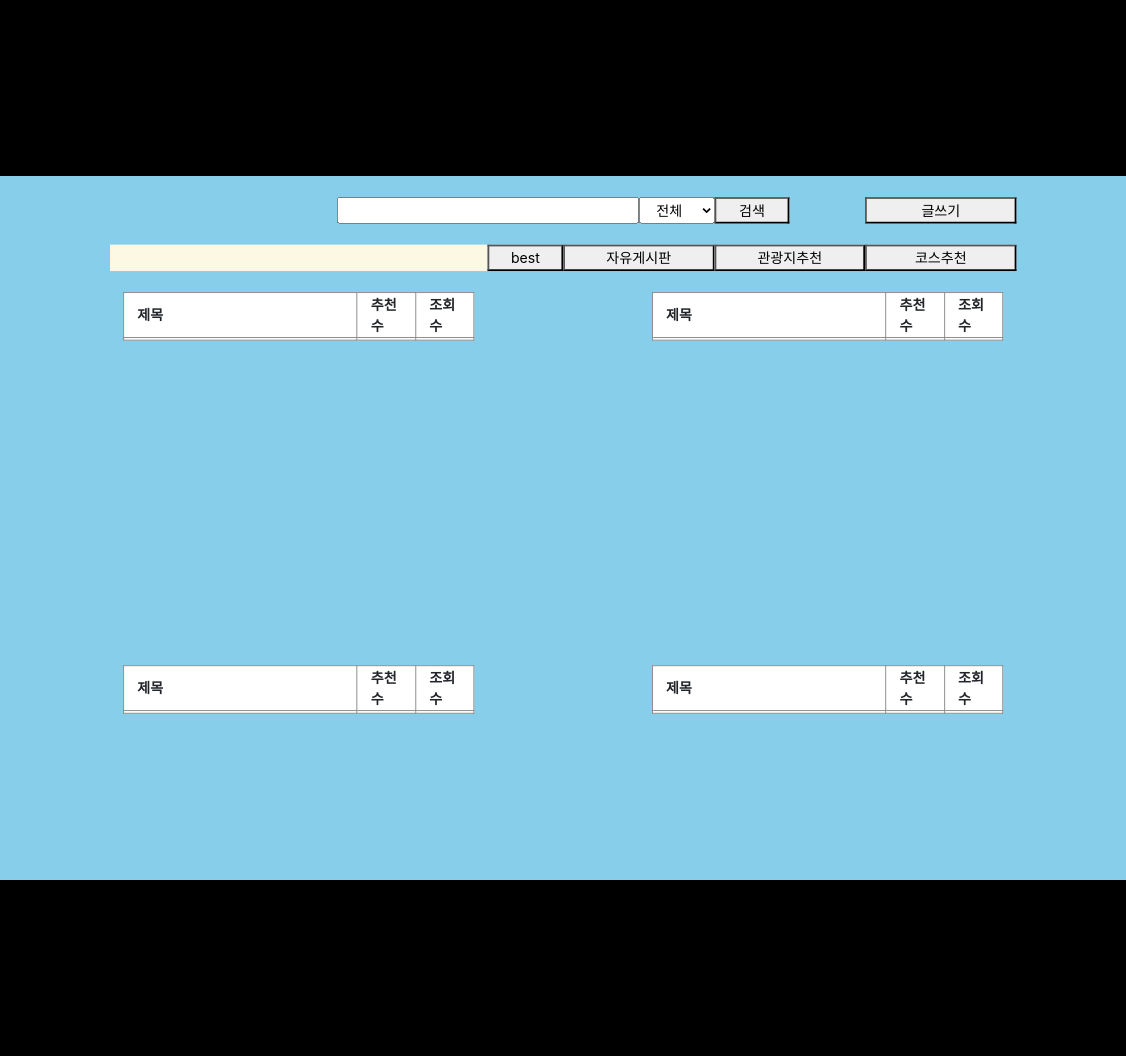
Repository: HJCroCat/project4
Page: http://localhost/koravle/getBoardMain.jsp
These files come from the project's save history. The page is drawn as it stood at one moment and after the next save; the edit follows.
The browser window is 1280 px wide. The pictures show the whole page, at 88% of full size.
An inner scrolling area shows only its first screen. The page is served by Tomcat 9. Nobody is signed in. The application's start-up code is not run. Other server files are loaded and not shown. The template is opened directly, without the code that normally fills it, so the values that code supplies are empty.

Above is the page before, as saved 2021-12-15 07:30:01.

### koravle/koravle/src/main/webapp/getBoardMain.jsp
<%@ page language="java" contentType="text/html; charset=UTF-8"
	pageEncoding="UTF-8"%>
<%@ taglib uri="http://java.sun.com/jstl/core_rt" prefix="c"%>

<!DOCTYPE html>
<html>
<head>
<!-- Required meta tags -->
<meta charset="utf-8">
<meta name="viewport"
	content="width=device-width, initial-scale=1, shrink-to-fit=no">

<!-- Bootstrap CSS -->
<link rel="stylesheet"
	href="https://cdn.jsdelivr.net/npm/bootstrap@4.6.1/dist/css/bootstrap.min.css"
	integrity="sha384-zCbKRCUGaJDkqS1kPbPd7TveP5iyJE0EjAuZQTgFLD2ylzuqKfdKlfG/eSrtxUkn"
	crossorigin="anonymous">

<title></title>
</head>
<body>

	<!-- header -->
	<header style="min-width:1280px; height:200px; margin:auto; background-color: black; ">

	</header>


	<!-- 게시판 메인 페이지 영역 시작 -->

	<main style="overflow:auto; max-width:1280px; min-width:1000px; height:800px; margin:auto; background-color: skyblue; ">

	<div style="max-width:1000px; margin:auto;">

		<div class="row">
			<br/>
		</div>

		<div class="row">
			<div class="col-3"></div>
			<input type="text" class="col-4" name="searchWord" id="searchWord">
			<select class="col-1" name="selectSearch" id="selectSearch">
				<option value="1" selected>전체</option>
				<option value="boardName">글제목</option>
				<option value="regionName">관광지</option>
				<option value="boardWriter">작성자</option>
			</select>
			<button class="col-1" onclick='location.href="getBoardList.do"'>검색</button>
			<div class="col-1"></div>
			<button class="col-2" onclick='location.href="insertBoard.do"'>글쓰기</button>
		</div>

		<div class="row">
			<br/>
		</div>

		<div class="row">
			<%-- 키워드 값 선택 시 아래 부분에 출력 구현 --%>
			<mark class="col-5"></mark>
			<%-- <%선택 게시판 별 노출 아이콘  변경 if문 작성 (ex. 자유게시판 -> best, 관광지추천, 코스추천 노출) %> --%>
			<button class="col-1" onclick='location.href="getBoardList.do"'>best</button>
			<button class="col-2" onclick='location.href="getBoardList.do"'>자유게시판</button>
			<button class="col-2" onclick='location.href="getBoardList.do"'>관광지추천</button>
			<button class="col-2" onclick='location.href="getBoardList.do"'>코스추천</button>
		</div>

		<div class="row">
			<br/>
		</div>

		<div class="row" style="height:400px;">

			<div class="col-5">
				<div style="background-color: white;">
					<table class="col-12" border="1">
						<tr>
							<th class="col-8" align="center">제목</th>
							<th class="col-2" align="center">추천수</th>
							<th class="col-2" align="center">조회수</th>
						</tr>
						<tr>
							<td class="col-8" align="left"><a href="getBoard.do?boardIdx=${board.boardIdx}">
															${board.boardTitle }</a></td>
							<td class="col-2">${board.boardReco }</td>
							<td class="col-2">${board.boardViewCount }</td>
					</table>
				</div>
			</div>

			<div class="col-2">
				<tr/>
			</div>

			<div class="col-5">
				<div style="background-color: white;">
					<table class="col-12" border="1">
						<tr>
							<th class="col-8" align="center">제목</th>
							<th class="col-2" align="center">추천수</th>
							<th class="col-2" align="center">조회수</th>
						</tr>
						<tr>
							<td class="col-8" align="left"><a href="getBoard.do?boardIdx=${board.boardIdx}">
															${board.boardTitle }</a></td>
							<td class="col-2">${board.boardReco }</td>
							<td class="col-2">${board.boardViewCount }</td>
					</table>
				</div>
			</div>
		</div>

		<div class="row">
			<br/>
		</div>

		<div class="row" style="height:400px;">

			<div class="col-5">
				<div style="background-color: white;">
					<table class="col-12" border="1">
						<tr>
							<th class="col-8" align="center">제목</th>
							<th class="col-2" align="center">추천수</th>
							<th class="col-2" align="center">조회수</th>
						</tr>
						<tr>
							<td class="col-8" align="left"><a href="getBoard.do?boardIdx=${board.boardIdx}">
															${board.boardTitle }</a></td>
							<td class="col-2">${board.boardReco }</td>
							<td class="col-2">${board.boardViewCount }</td>
					</table>
				</div>
			</div>

			<div class="col-2">
				<tr/>
			</div>

			<div class="col-5">
				<div style="background-color: white;">
					<table class="col-12" border="1">
						<tr>
							<th class="col-8" align="center">제목</th>
							<th class="col-2" align="center">추천수</th>
							<th class="col-2" align="center">조회수</th>
						</tr>
						<tr>
							<td class="col-8" align="left"><a href="getBoard.do?boardIdx=${board.boardIdx}">
															${board.boardTitle }</a></td>
							<td class="col-2">${board.boardReco }</td>
							<td class="col-2">${board.boardViewCount }</td>
					</table>
				</div>

			</div>


		</div>



	</div>

	</main>
	<!-- 게시판 메인 페이지 영역 끝 -->

	<!-- footer -->

	<footer style="min-width:1280px; height:200px; margin:auto; background-color: black;">

	</footer>


	<!-- Optional JavaScript; choose one of the two! -->

	<!-- Option 1: jQuery and Bootstrap Bundle (includes Popper) -->
	<script
		src="https://cdn.jsdelivr.net/npm/jquery@3.5.1/dist/jquery.slim.min.js"
		integrity="sha384-DfXdz2htPH0lsSSs5nCTpuj/zy4C+OGpamoFVy38MVBnE+IbbVYUew+OrCXaRkfj"
		crossorigin="anonymous"></script>
	<script
		src="https://cdn.jsdelivr.net/npm/bootstrap@4.6.1/dist/js/bootstrap.bundle.min.js"
		integrity="sha384-fQybjgWLrvvRgtW6bFlB7jaZrFsaBXjsOMm/tB9LTS58ONXgqbR9W8oWht/amnpF"
		crossorigin="anonymous"></script>

	<!-- Option 2: Separate Popper and Bootstrap JS -->
	<!--
    <script src="https://cdn.jsdelivr.net/npm/jquery@3.5.1/dist/jquery.slim.min.js" integrity="sha384-DfXdz2htPH0lsSSs5nCTpuj/zy4C+OGpamoFVy38MVBnE+IbbVYUew+OrCXaRkfj" crossorigin="anonymous"></script>
    <script src="https://cdn.jsdelivr.net/npm/popper.js@1.16.1/dist/umd/popper.min.js" integrity="sha384-9/reFTGAW83EW2RDu2S0VKaIzap3H66lZH81PoYlFhbGU+6BZp6G7niu735Sk7lN" crossorigin="anonymous"></script>
    <script src="https://cdn.jsdelivr.net/npm/bootstrap@4.6.1/dist/js/bootstrap.min.js" integrity="sha384-VHvPCCyXqtD5DqJeNxl2dtTyhF78xXNXdkwX1CZeRusQfRKp+tA7hAShOK/B/fQ2" crossorigin="anonymous"></script>
    -->

</body>
</html>

After the next save:
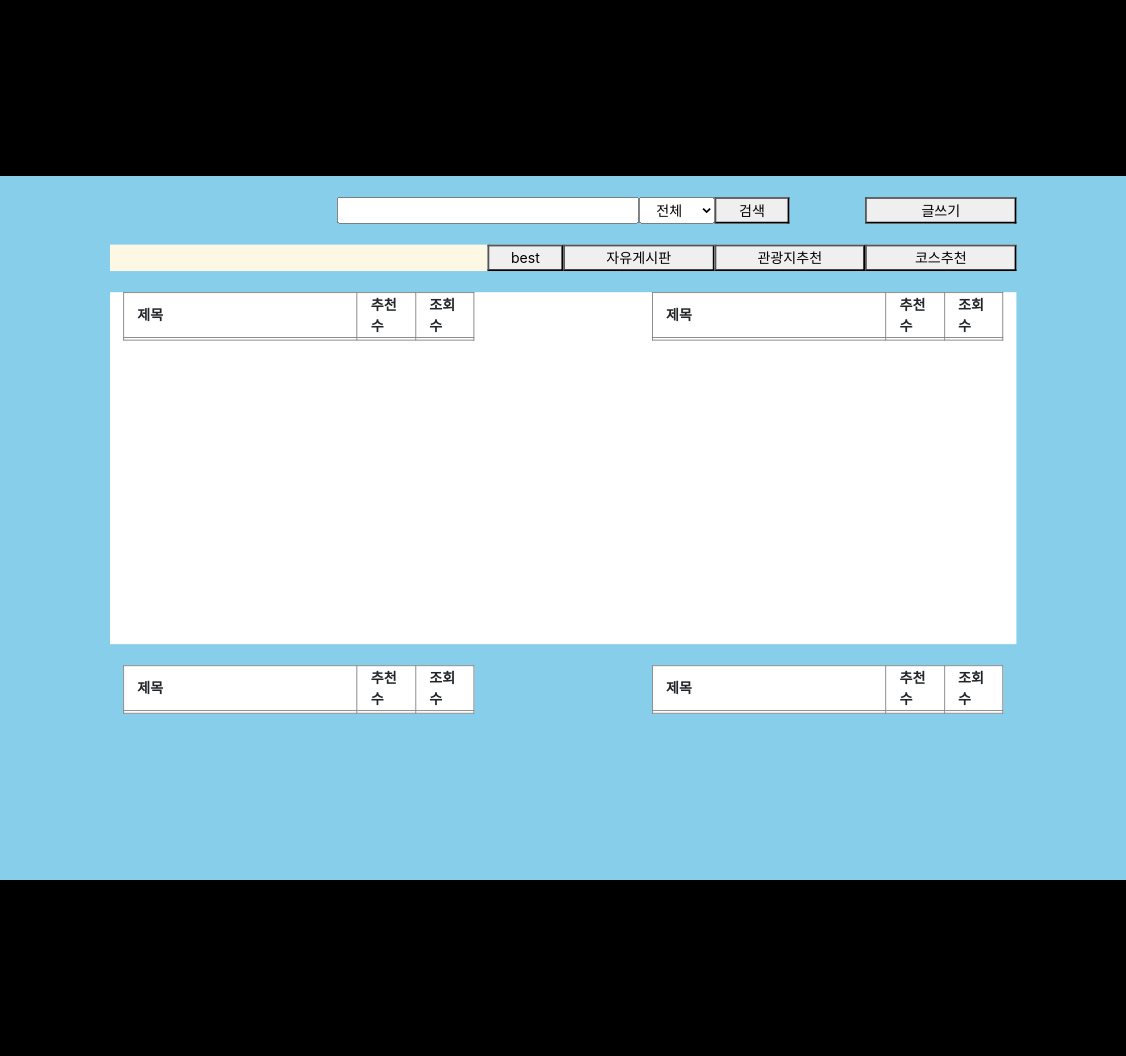
Saved 36 s later.
--- a/koravle/koravle/src/main/webapp/getBoardMain.jsp
+++ b/koravle/koravle/src/main/webapp/getBoardMain.jsp
@@ -68,10 +68,10 @@
 			<br/>
 		</div>
 
-		<div class="row" style="height:400px;">
+		<div class="row" style="height:400px; background-color: white;">
 
 			<div class="col-5">
-				<div style="background-color: white;">
+				<div>
 					<table class="col-12" border="1">
 						<tr>
 							<th class="col-8" align="center">제목</th>
